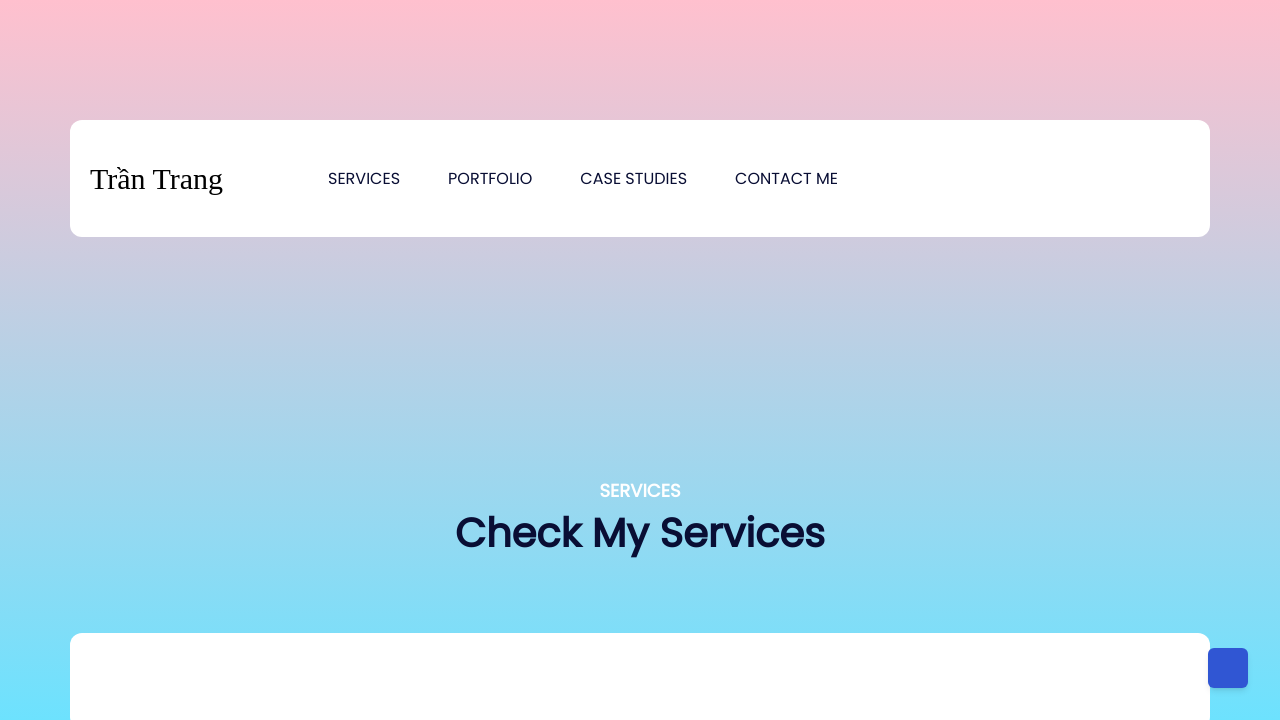
Repository: trantrang2101/CV
Page: index.html
An editor plug-in stored every save of this project. The page is shown before and after the next save, followed by the edit.
The browser window is 1280 px wide. The pictures show the whole page.
An inner scrolling area shows only its first screen. Some web fonts or font styles are not loaded; a fallback is used.

Above is the page before, as saved 2022-07-13 19:44:34.
Console error: TypeError: Cannot read properties of null (reading 'offsetTop')

After the next save:
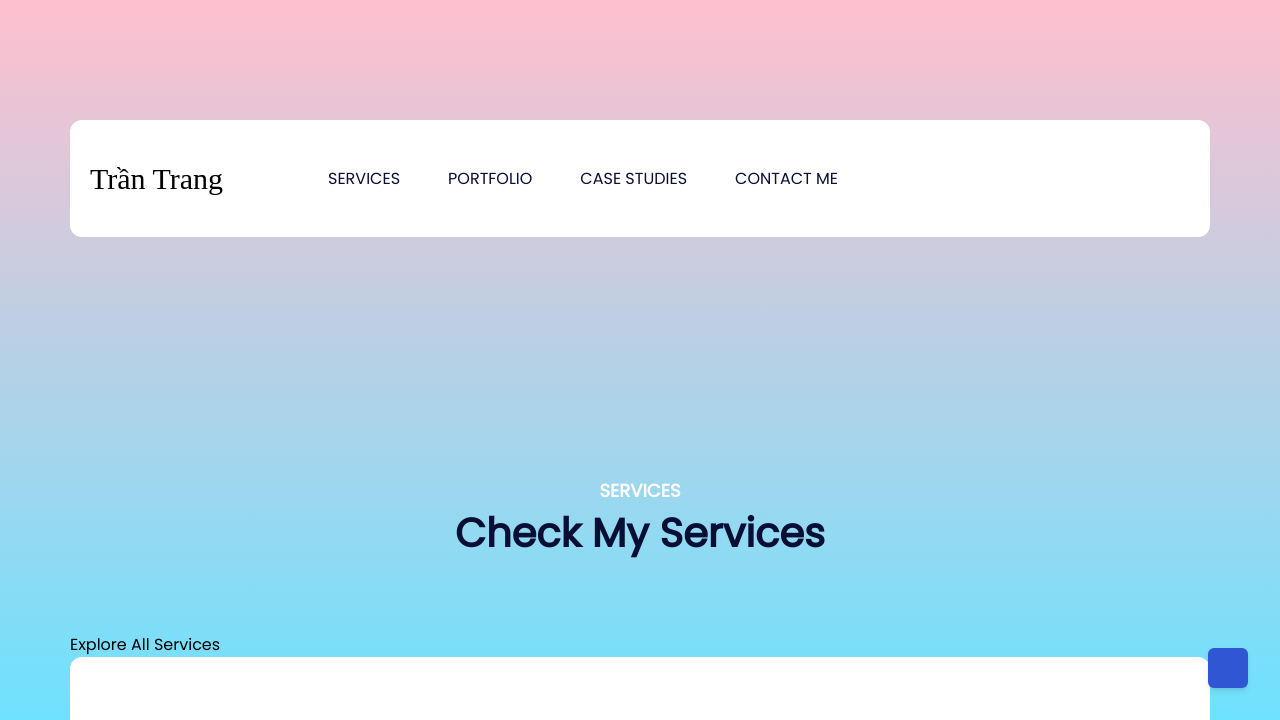
Saved 26 s later.
--- a/index.html
+++ b/index.html
@@ -85,7 +85,7 @@
                             Check My Services
                         </h2>
                     </div>
-                    <span class="text-slat-400"></span>
+                    <span class="text-slat-400 ">Explore All Services</span>
                 </div>
             </div>
 
